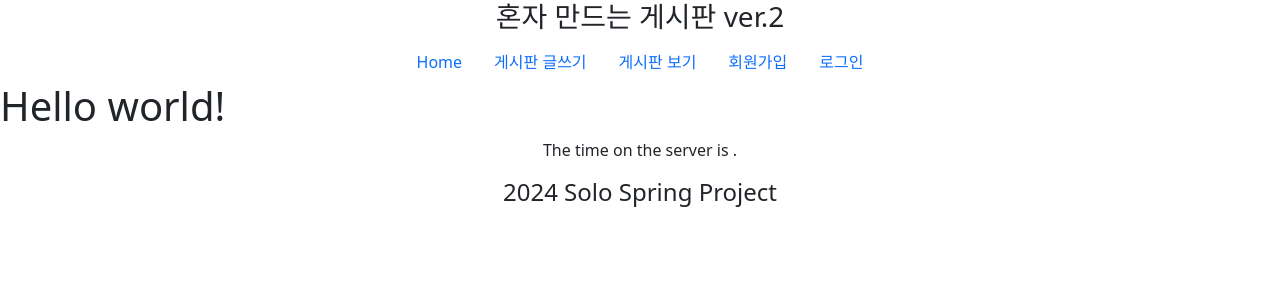
Repository: nefer2/Spring_test
Page: http://localhost/spring_test7/WEB-INF/views/index.jsp
These files come from the project's save history. The page is drawn as it stood at one moment and after the next save; the edit follows.
The browser window is 1280 px wide. The pictures show the whole page.
The page is served by Tomcat 9. Nobody is signed in. The template is opened directly, without the code that normally fills it, so the values that code supplies are empty.

Above is the page before, as saved 2024-01-17 02:08:33.

After the next save:
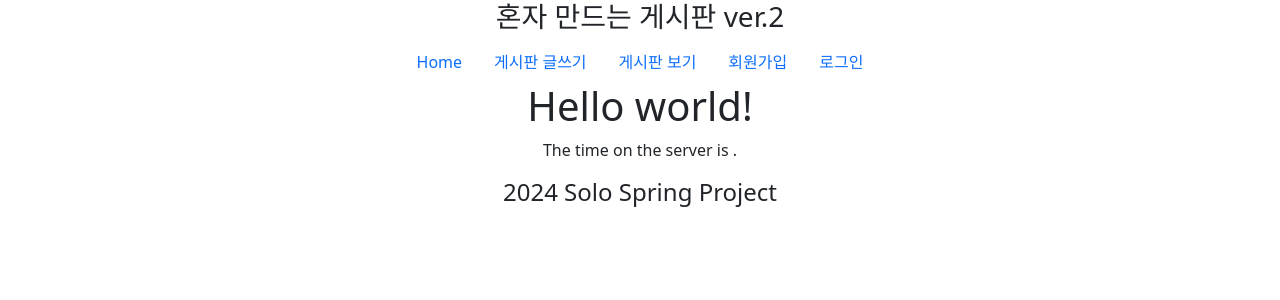
Saved 19 s later.
--- a/spring_test7/src/main/webapp/WEB-INF/views/index.jsp
+++ b/spring_test7/src/main/webapp/WEB-INF/views/index.jsp
@@ -7,7 +7,7 @@
 
 
 <body>
-<h1>
+<h1 style="text-align: center;">
 	Hello world!
 </h1>
 
